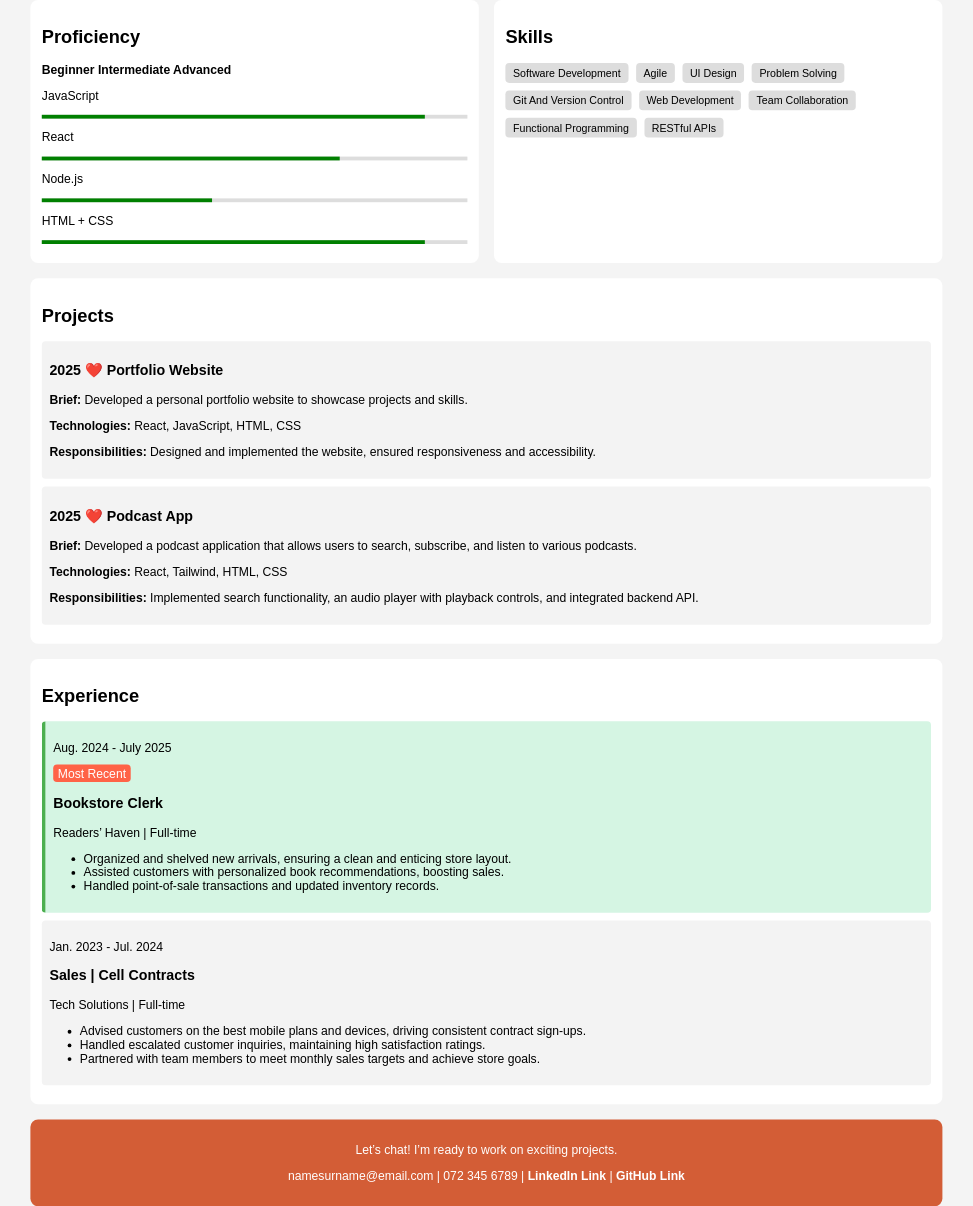
Repository: andajonas/ANDJON25111_fto2502_A2_AndaJonas_SDF_Portfolio_Piece
Page: index.html
An editor plug-in stored every save of this project. The page is shown before and after a run of saves, followed by the edit.
The browser window is 1280 px wide. The pictures show the part of the page from y = 204 to 1791 px (the page is 1791 px tall), at 76% of full size.
A picture or video elsewhere on the page could not be fetched, so the positions and the page height are approximate.

Above is the page before, as saved 2025-04-03 17:26:06.

After the next 2 saves:
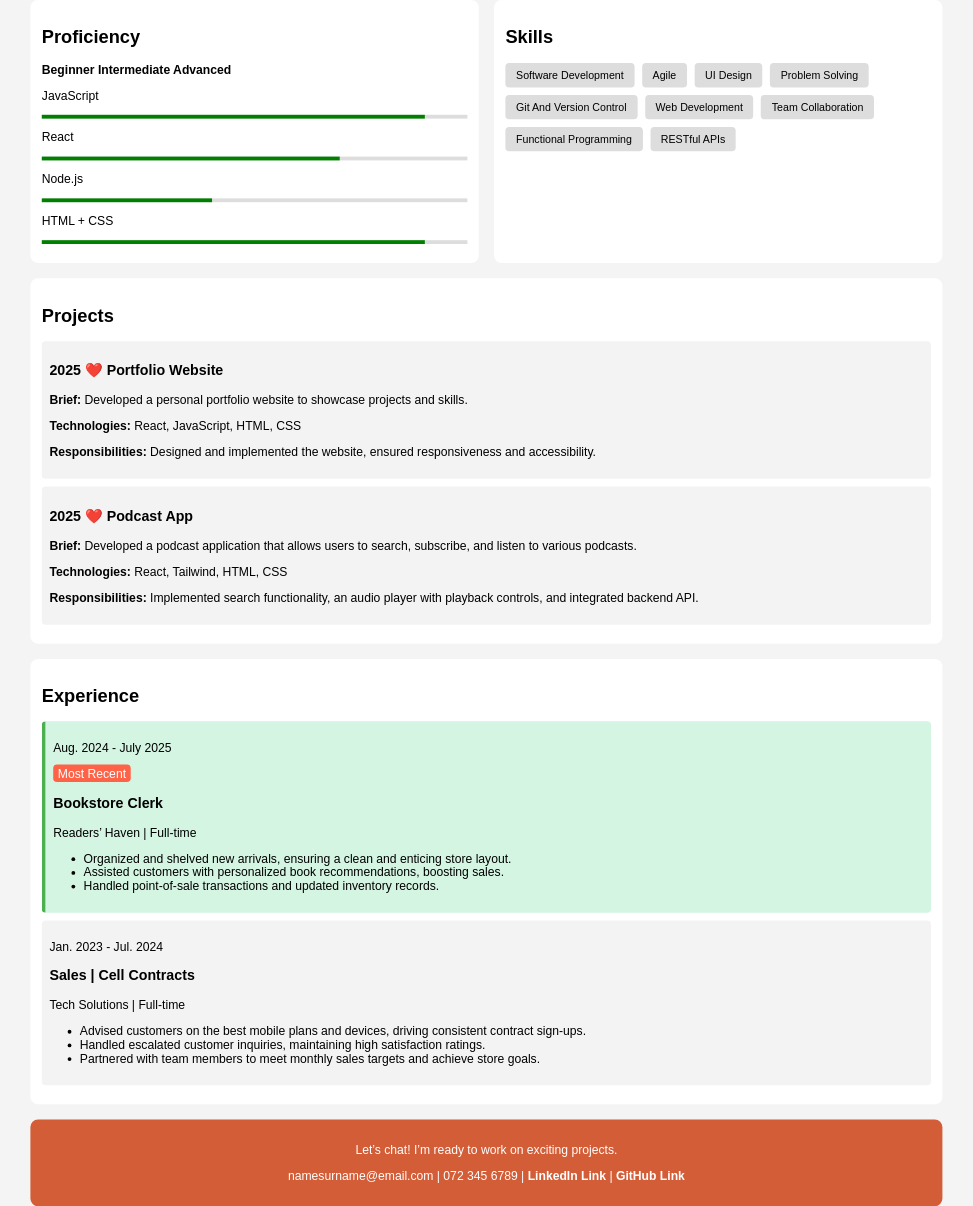
The 2 saves are shown as one change because they came seconds apart.
The last was saved 82 s later.
--- a/styles.css
+++ b/styles.css
@@ -64,7 +64,7 @@ body {
 
 .skill-item {
     background: #ddd;
-    padding: 5px 10px;
+    padding: 8px 14px;
     border-radius: 5px;
     font-size: 14px;
 }
